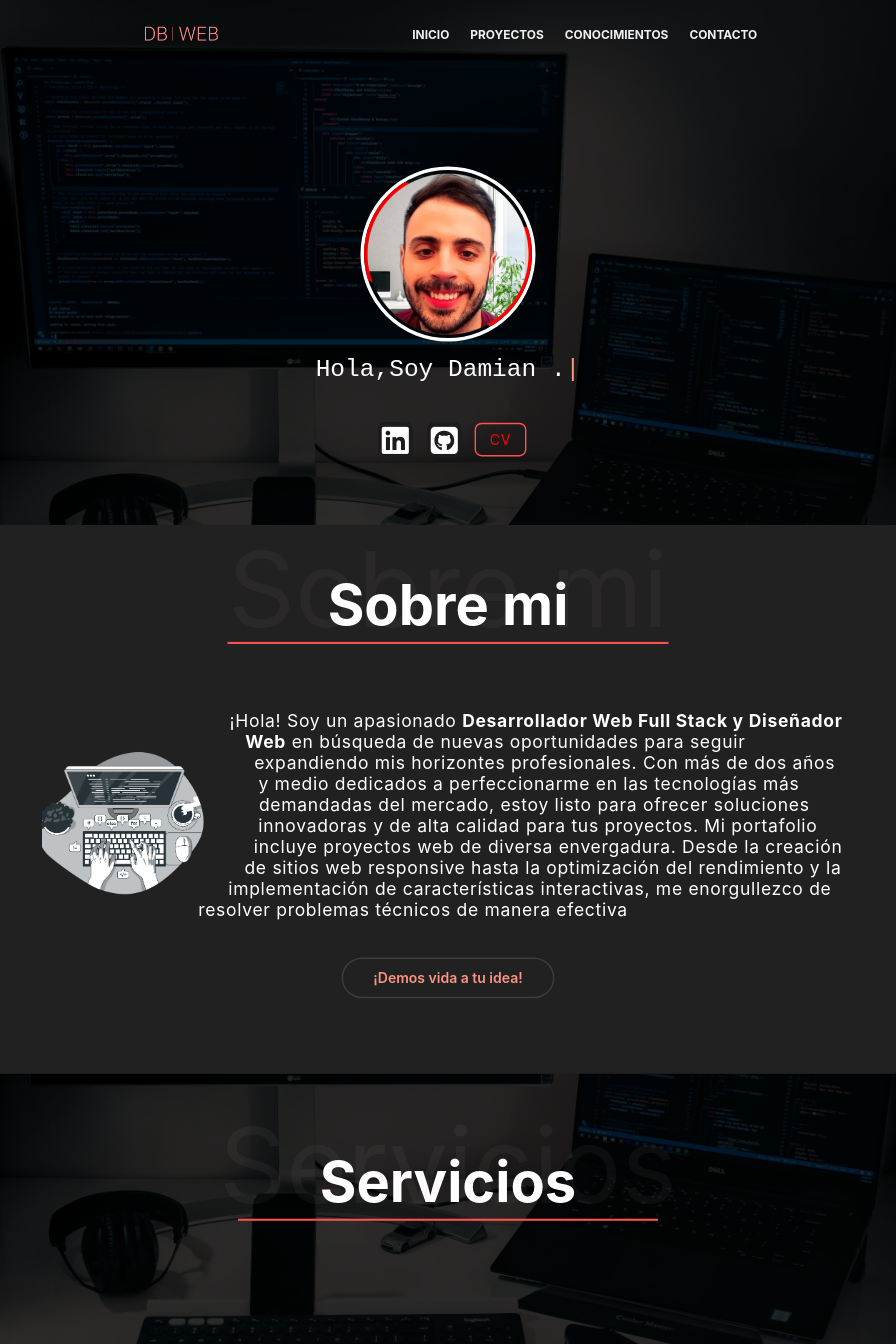
Repository: DamianBermudez94/DB-Porfolio
Page: /
These files come from the project's save history. The page is drawn as it stood at one moment and after the next save; the edit follows.
The browser window is 1280 px wide. The pictures show the part of the page from y = 0 to 1920 px (the page is 5872 px tall), at 70% of full size.
Backgrounds fixed to the window are drawn as part of the page. Some web libraries are served in a nearby version. The project was rebuilt for these pictures with package versions that can differ from the ones it lists, and the page was loaded fresh each time. Also part of the build but not shown: vite.config.js, src/components/Conocimientos/styles.css, src/components/Conocimientos/Conocimientos.jsx, src/pages/AcerdaDe.jsx, src/components/Contacto/styles.css, src/components/Contacto/Contact.jsx, src/pages/contacto.jsx, src/data/trabajos.js and 4 more.

Above is the page before, as saved 2024-04-02 10:15:59.

After the next save:
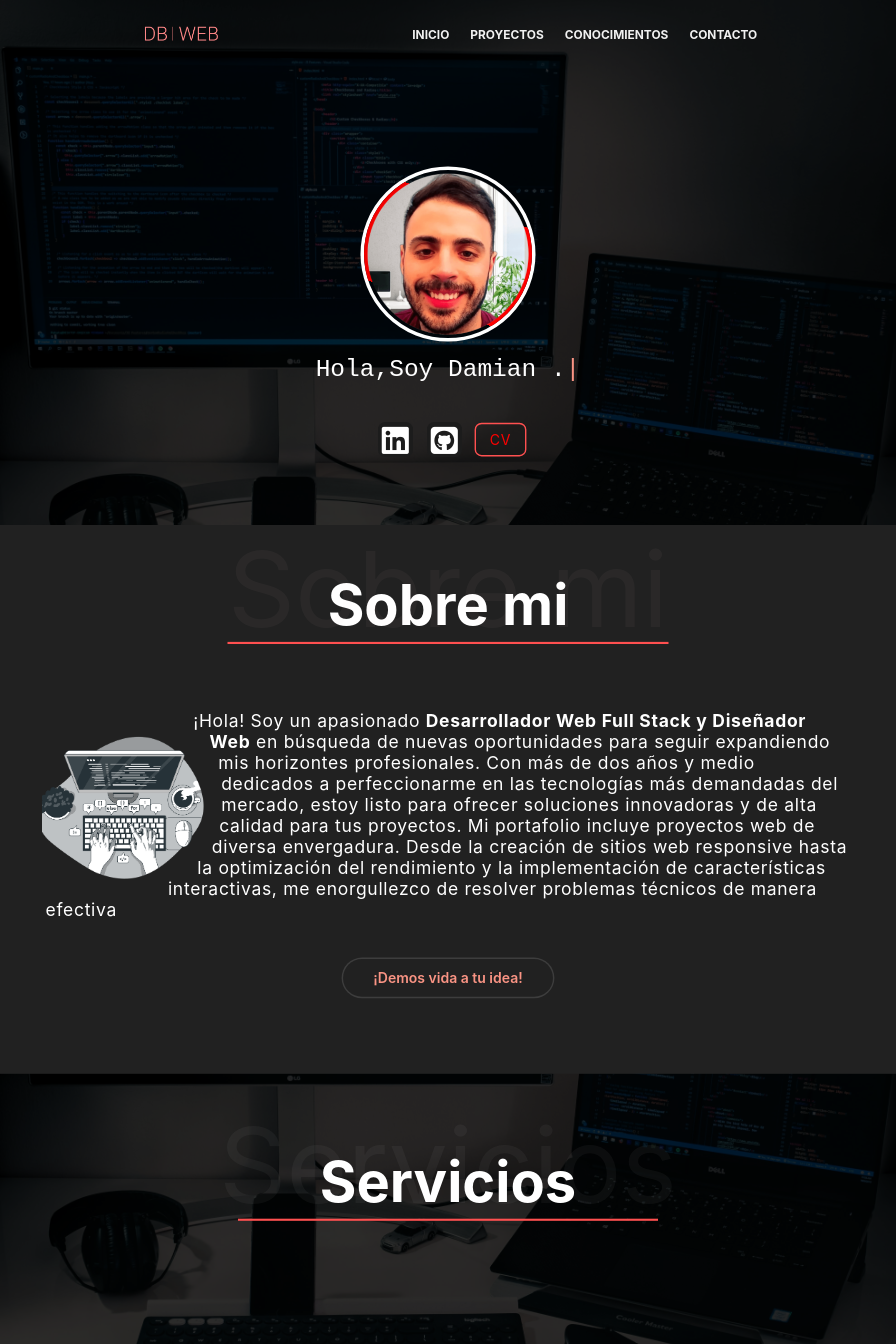
Saved 4 s later.
--- a/src/components/Home/styles.css
+++ b/src/components/Home/styles.css
@@ -199,8 +199,7 @@
 
   float: left;
   height: 16rem;
-  margin-right: 4rem;
-  margin-top: 1.38rem;
+
   object-fit: cover;
   object-position: -16px 16px;
   shape-outside: circle(50%);
